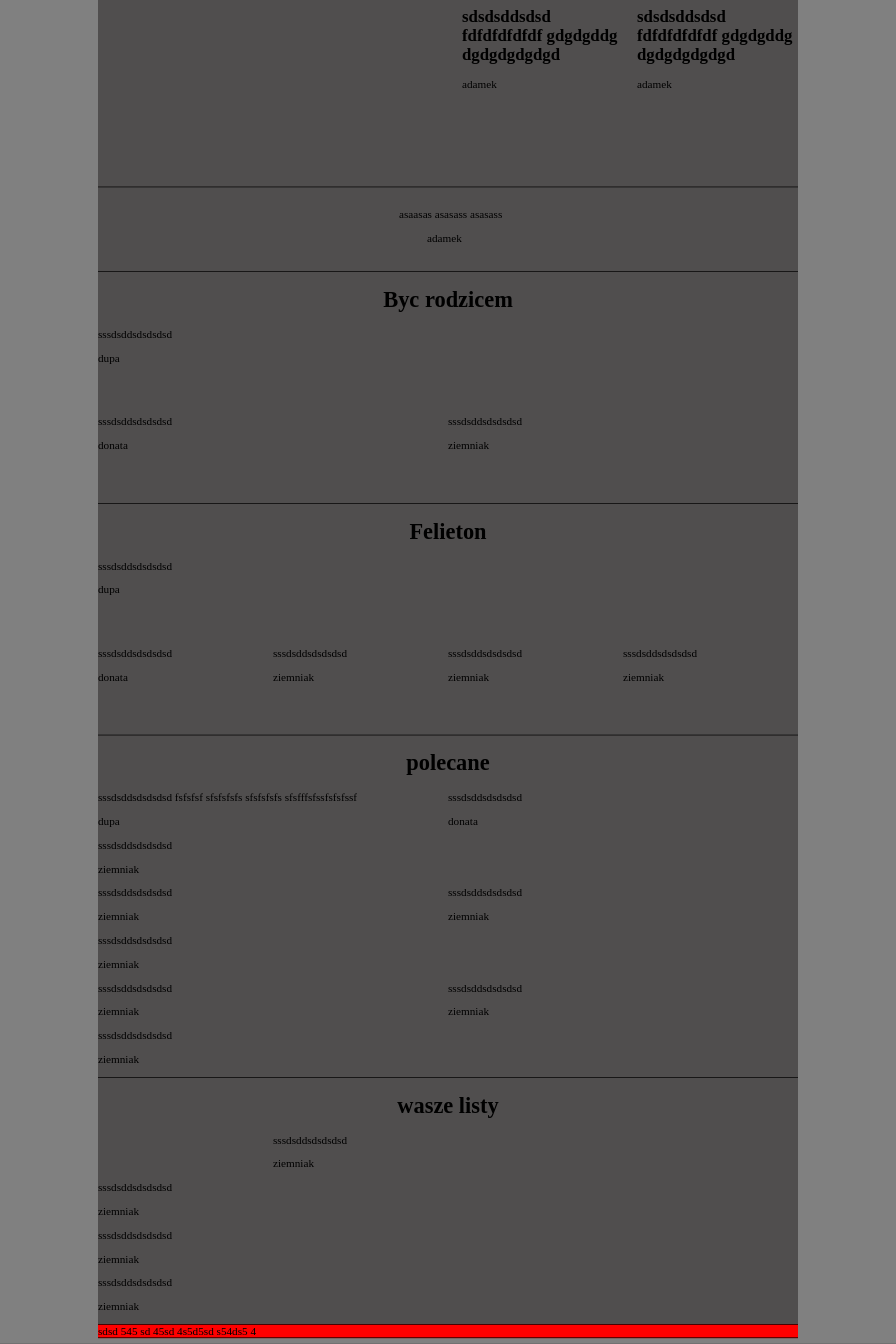
Repository: kq333/pitupitu.pl
Page: index.html
These files come from the project's save history. The page is drawn as it stood at one moment and after the next save; the edit follows.
The browser window is 1280 px wide. The pictures show the part of the page from y = 751 to 2671 px (the page is 2671 px tall), at 70% of full size.
The style sheet was rebuilt from its Sass, Less or Tailwind sources for each picture, by a compiler version that may differ from the author's.

Above is the page before, as saved 2020-11-04 13:13:12.

### index.html
<!DOCTYPE html>
<html lang="en">
<head>
    <meta charset="UTF-8">
    <meta name="viewport" content="width=device-width, initial-scale=1.0">
    <title>Document</title>
    <link rel="stylesheet" href="style/style.css">
</head>
<body>


<div id="container">
  <div id="content">
    <div id=bar>
        <ul class="ul_bar">Wyborcza
            <li>sdsd</li>
            <li>sdsd</li>
            <li>sdsd</li>
            <li>sdsd</li>
            <li>sdsd</li>
            <li>sdsd</li>
            <li>sdsd</li>
        </ul>
        <div class="loging">
            Logowanie
        </div>
    </div>
            <div id="logo"><p>Wysokie Obcasy</p>
                <ul class="ul_bar2">
                    <li>fdf</li>
                    <li>gccvcv</li>
                    <li>hghhgh</li>
                    <li>asaseerr</li>
                    <li>jljkj</li>
                    <li>wewewe</li>
                    <li>hghghh</li>
                </ul>


            </div>


           <div>

                <div class="block_1">
                    <div class="art1">
                        <article>
                        <h1>sdsdsddsdsd fdfdfdfdfdf gdgdgddg dgdgdgdgdgd</h1>


                            <p class="autor_name">adamek</p>
                        </article>
                    </div>

                    <div class="art2">
                            <article>
                                <h1>sdsdsddsdsd fdfdfdfdfdf gdgdgddg dgdgdgdgdgd</h1>


                                <p class="autor_name">adamek</p>
                            </article>
                     </div>
                     <div class="art3">
                            <article>
                                <h1>sdsdsddsdsd fdfdfdfdfdf gdgdgddg dgdgdgdgdgd</h1>


                                <p class="autor_name">adamek</p>
                            </article>
                      </div>
                      <div class="art4">
                            <article>
                                <h1>sdsdsddsdsd fdfdfdfdfdf gdgdgddg dgdgdgdgdgd</h1>


                                <p class="autor_name">adamek</p>
                            </article>
                       </div>
                            <div class="art5">
                                <article>
                                    <h1>sdsdsddsdsd fdfdfdfdfdf gdgdgddg dgdgdgdgdgd</h1>


                                    <p class="autor_name">adamek</p>
                                </article>
                            </div>
                                 <div class="art6">
                                    <article>
                                        <h1>sdsdsddsdsd fdfdfdfdfdf gdgdgddg dgdgdgdgdgd</h1>


                                        <p class="autor_name">adamek</p>
                                    </article>
                                 </div>
                                    <div class="art7">

                                        <article>
                                            <h1>sdsdsddsdsd fdfdfdfdfdf gdgdgddg dgdgdgdgdgd</h1>


                                            <p class="autor_name">adamek</p>
                                        </article>
                                    </div>

                                    <div class="art8">
                                            <article>
                                                <h1>sdsdsddsdsd fdfdfdfdfdf gdgdgddg dgdgdgdgdgd</h1>


                                                <p class="autor_name">adamek</p>
                                            </article>
                                    </div>
                                        <div class="art9">
                                                <article>

                                                    <h1>sdsdsddsdsd fdfdfdfdfdf gdgdgddg dgdgdgdgdgd</h1>


                                                    <p class="autor_name">adamek</p>
                                                </article>
                                        </div>
                </div>


                     <div class="quotes">
                         <p1>asaasas asasass asasass</p1>

                        <p class="autor_name">adamek</p>

                    </div>





                  <div class="section">
                    <header>
                        <h1>Byc rodzicem</h1>

                    </header>
                    </div>


                        <section class="family">


                                <div class="art10">
                                    <article> sssdsddsdsdsdsd
                                        <p class="autor_name">dupa</p>

                                    </article>

                                </div>
                                <div class="art11">
                                        <article> sssdsddsdsdsdsd
                                            <p class="autor_name">donata</p>

                                        </article>
                                </div>
                                    <div class="art12">
                                            <article> sssdsddsdsdsdsd
                                                <p class="autor_name">ziemniak</p>

                                            </article>
                                    </div>

                        </section>

                        <div class="section">
                        <header>
                            <h1>Felieton</h1>
                        </header>
                    </div>

                        <section class="column">

                            <div class="art13">
                                    <article> sssdsddsdsdsdsd
                                        <p class="autor_name">dupa</p>

                                    </article>

                            </div>
                                <div class="art14">
                                    <article> sssdsddsdsdsdsd
                                        <p class="autor_name">donata</p>

                                    </article>
                                </div>
                                     <div class="art15">
                                        <article> sssdsddsdsdsdsd
                                            <p class="autor_name">ziemniak</p>

                                        </article>
                                    </div>

                                        <div class="art16">
                                            <article> sssdsddsdsdsdsd
                                                <p class="autor_name">ziemniak</p>

                                            </article>
                                        </div>

                                        <div class="art17">
                                            <article> sssdsddsdsdsdsd
                                                <p class="autor_name">ziemniak</p>

                                            </article>
                                        </div>

                        </section>
                        <div class="section">
                        <header>
                            <h1>polecane</h1>

                        </header>
                    </div>

                            <section class="recommended">


                                    <div class="art18">
                                        <article> sssdsddsdsdsdsd
                                            fsfsfsf sfsfsfsfs sfsfsfsfs
                                            sfsfffsfssfsfsfssf
                                            <p class="autor_name">dupa</p>

                                        </article>
                                    </div>
                                        <div class="art19">
                                            <article> sssdsddsdsdsdsd
                                                <p class="autor_name">donata</p>

                                            </article>
                                        </div>
                                            <div class="art20">

                                                <article> sssdsddsdsdsdsd
                                                    <p class="autor_name">ziemniak</p>
                                                </article>
                                            </div>
                                                <div class="art21">
                                                    <article> sssdsddsdsdsdsd
                                                        <p class="autor_name">ziemniak</p>
                                                    </article>
                                                </div>
                                                    <div class="art22">
                                                        <article> sssdsddsdsdsdsd
                                                            <p class="autor_name">ziemniak</p>


                                                        </article>
                                                    </div>
                                                        <div class="art23">
                                                            <article> sssdsddsdsdsdsd
                                                                <p class="autor_name">ziemniak</p>


                                                            </article>
                                                        </div>

                                                            <div class="art24">
                                                                <article> sssdsddsdsdsdsd
                                                                    <p class="autor_name">ziemniak</p>


                                                                </article>
                                                            </div>
                                                                <div class="art25">
                                                                    <article> sssdsddsdsdsdsd
                                                                        <p class="autor_name">ziemniak</p>


                                                                    </article>
                                                                </div>
                                                                <div class="art26">
                                                            <article> sssdsddsdsdsdsd
                                                                <p class="autor_name">ziemniak</p>


                                                            </article>
                                                            </div>



                            </section>

                            <div class="section">
                            <header>
                                <h1>wasze listy</h1>

                            </header>
                            </div>

                            <section class="letters">

                                <div class="art27"></div>
                                    <article> sssdsddsdsdsdsd
                                        <p class="autor_name">ziemniak</p>


                                    </article>
                                </div>
                                    <div class="art28">
                                        <article> sssdsddsdsdsdsd
                                            <p class="autor_name">ziemniak</p>


                                        </article>
                                    </div>
                                        <div class="art29">

                                            <article> sssdsddsdsdsdsd
                                                <p class="autor_name">ziemniak</p>


                                            </article>
                                        </div>

                                            <div class="art30">
                                                <article> sssdsddsdsdsdsd
                                                    <p class="autor_name">ziemniak</p>


                                                </article>
                                            </div>

                            </section>

                            <footer>
                                <div class="footer">sdsd 545 sd 45sd 4s5d5sd s54ds5 4</div>

                            </footer>



















































           </main>



  </div>




















</div>
</body>
</html>

### style/style.scss
body{
    background-color: grey;


}
#constainer{
    height: auto;
}

#content{
    margin:auto;
    background-color: rgb(80, 78, 78);
    width:1000px;

}


#bar{
    display:grid;
    grid-template-columns: auto auto;
    width:1000px;



}

.ul_bar{
    width:960px;
    height: 40px;
    border-bottom: 1px solid black;


    li{
        list-style-type: none;
    }

}


#logo{
    border-bottom: 1px solid black;
    width:1000px;
    height: 120px;
    p{
        margin-left:480px;
    }

    .ul_bar2{
        list-style-type: none;
        display:inline-flex;
        gap:55px;
        margin-left:170px;
    }
}

.block_1{
    width:1000px;
    height: auto;
    display:grid;
    grid-template-columns: 500px auto auto;
    .art1{
    grid-row-start: 1;
    grid-row-end: 9;
    height: 800px;;
    }
    gap: 20px;
}

.quotes{
    width: 940px;
    height: 60px;
    border-bottom: 1px solid black;
    border-top: 1px solid black;
    padding:30px;

    p1{
        margin-left: 400px;
        margin-top:130px;
    }
    p{
        margin-left: 440px;
    }

}

.section{
    text-align: center;
}
.family{
    width:1000px;
    height: 250px;
    border-bottom: 1px solid black;
    display:grid;
    grid-template-columns: auto auto;
    grid-template-areas: "art10 art10"
                          "art11 art12"  ;

.art10{
grid-area: art10;


}
.art11{
grid-area: art11;
}

.art12{
grid-area: art12;
}


}

.column{
    width:1000px;
    height: 250px;
    border-bottom: 1px solid black;
    display:grid;
    grid-template-columns: auto auto auto;
    grid-template-areas: "art13 art13 art13 art13"
                         " art14 art15 art16 art17"   ;

    .art13{

        grid-area: art13;


            }
    .art14{
        grid-area: art14;

     }

    .art15{
        grid-area: art15;
     }

     .art16{
        grid-area: art16;
     }

     .art17{
        grid-area: art17;
     }

    h1{
        margin-left:500px;

        }

}


.recommended{
    width:1000px;
    height: auto;
    border-bottom: 1px solid black;
    display:grid;
    grid-template-columns: repeat(2, 1fr);
    grid-template-areas: " art18   art19"
                         " art20   art19"
                         " art21  art22"
                         " art23  art22"
                         " art24  art25"
                         " art26  art25"
                         ;




.art18{
grid-area:art18;


}

.art19{
grid-area: art19;

 }

.art20{
grid-area: art20;


 }

.art21{
grid-area: art21;
 }

.art22{
grid-area: art22;
 }

.art23{
grid-area: art23;
 }

.art24{
grid-area: art24;

 }

.art25{
grid-area: art25;
 }

.art26{
grid-area: art26;
 }
};

.letters{
    width:1000px;


    display:grid;
    grid-template-columns: repeat(4, 1fr);
    grid-template-areas: "art27 art28 art29 art30";


.art27{
    grid-area: art27;
}

.art28{
    grid-area: art28;
}


.art29{
    grid-area: art29;
}

.art30{
    grid-area: art30;
}

}

.footer{
    border-bottom: 1px solid black;
    border-top: 1px solid black;
    background-color: red;
 }

After the next save:
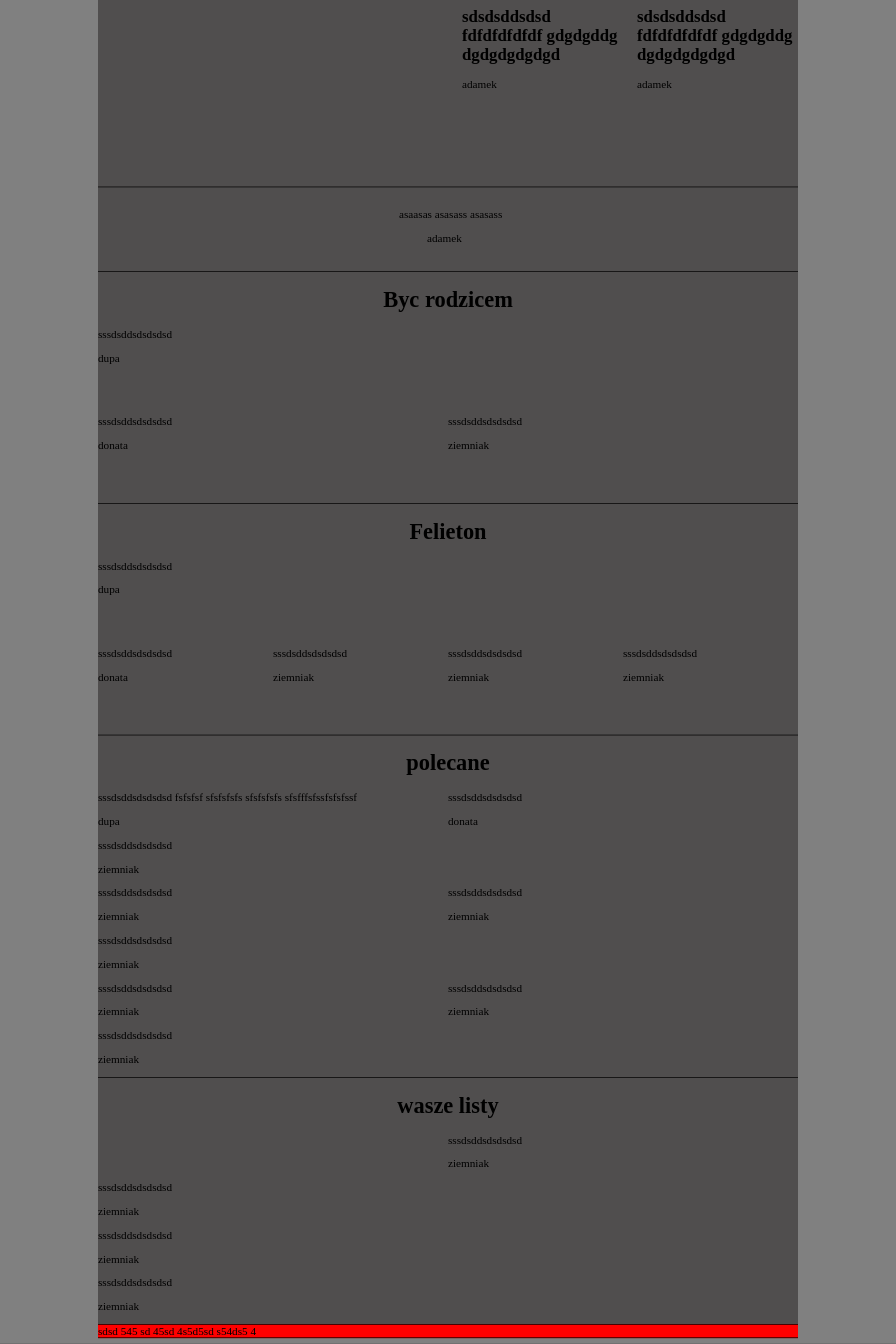
Saved 2 min 17 s later.
--- a/style/style.scss
+++ b/style/style.scss
@@ -217,7 +217,7 @@ grid-area: art26;
 
     display:grid;
     grid-template-columns: repeat(4, 1fr);
-    grid-template-areas: "art27 art28 art29 art30";
+    grid-template-areas: "art27 art27 art29 art30";
 
 
 .art27{
